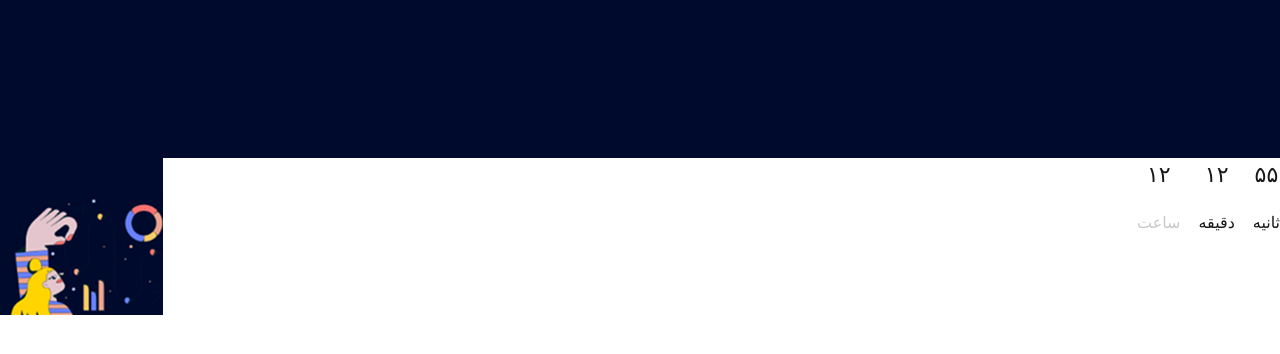
Repository: sinafath/fradars
Page: /
An editor plug-in stored every save of this project. The page is shown before and after the next save, followed by the edit.
The browser window is 1280 px wide. The pictures show the whole page.
The project was rebuilt for these pictures with package versions that can differ from the ones it lists, and the page was loaded fresh each time. The framework's server and built-in components were replaced by stand-ins that run in the browser. Also part of the build but not shown: next.config.ts.

Above is the page before, as saved 2025-09-21 17:54:08.

### src/app/layout.tsx
import type { Metadata } from "next";
import localFont from 'next/font/local'
import "./globals.css";

const myFont = localFont({
  src: '../../public/yekan.ttf',
})


export const metadata: Metadata = {
  title: "Fradars",
  description: "tutoring website",
};

export default function RootLayout({
  children,
}: Readonly<{
  children: React.ReactNode;
}>) {
  return (
    <html lang="fa" dir="rtl" className={myFont.className}>
      <body
      >
        {children}
      </body>
    </html>
  );
}

### src/app/page.tsx
import { Column, Row } from "@/components/core";
import Image from "next/image";

export default function Home() {
  return (
    <div>
      <div className="w-full bg-[#000A2D] h-[158px]"></div>
      <Image
        aria-hidden
        className="absolute left-0"
        src="/1.png"
        alt="File icon"
        width={163}
        height={157}
      />
      <Image
        aria-hidden
        className="absolute top-[28px] right-[28px]"
        src="/2.svg"
        alt="File icon"
        width={15}
        height={15}
      />
      <Row className="top-[30px] right=[83px] gap-[18px]" >
        <Column className="gap-[20px] text-center">
          <span className="text-[22px] text-[rgba(191, 79, 67, 1)]">۵۵</span>
          <span>ثانیه</span>
        </Column >
        <Column className="gap-[20px] text-center">
          <span className="text-[22px] text-[rgba(191, 79, 67, 1)]">۱۲</span>
          <span>دقیقه</span>
        </Column >
        <Column className="gap-[20px] text-center">
          <span className="text-[22px] text-[rgba(191, 79, 67, 1)]">۱۲</span>
          <span className="text-[#C9C9C9]">ساعت</span>
        </Column >

      </Row>
    </div>
  );
}

### src/components/core.tsx
import { cn } from "@/lib/utils";
import { ReactNode } from "react";

type AlignItems = 'start' | 'center' | 'end' | 'baseline' | 'stretch';
type JustifyContent = 'start' | 'center' | 'end' | 'between' | 'around' | 'evenly';

interface FlexProps {
    children?: ReactNode;
    className?: string;
    align?: AlignItems;
    justify?: JustifyContent;
}

const alignClasses: Record<AlignItems, string> = {
    start: 'items-start',
    center: 'items-center',
    end: 'items-end',
    baseline: 'items-baseline',
    stretch: 'items-stretch',
};

const justifyClasses: Record<JustifyContent, string> = {
    start: 'justify-start',
    center: 'justify-center',
    end: 'justify-end',
    between: 'justify-between',
    around: 'justify-around',
    evenly: 'justify-evenly',
};

interface CenterProps {
    children: ReactNode;
    className?: string;
}

function Center({ children, className }: CenterProps) {
    return (
        <div className={cn('flex items-center justify-center', className)}>
            {children}
        </div>
    );
}

function Row({
    children,
    className,
    align = 'center',
    justify = 'start',
    ...props
}: FlexProps) {
    return (
        <div
            className={cn('flex flex-row', alignClasses[align], justifyClasses[justify], className)}
            {...props}
        >
            {children}
        </div>
    );
}

function Column({
    children,
    className,
    align = 'center',
    justify = 'start',
    ...props
}: FlexProps) {
    return (
        <div
            className={cn('flex flex-col', alignClasses[align], justifyClasses[justify], className)}
            {...props}
        >
            {children}
        </div>
    );
}

export { Column, Center, Row };

Loaded but not shown: src/app/globals.css (common file); src/lib/utils.ts (common file)

After the next save:
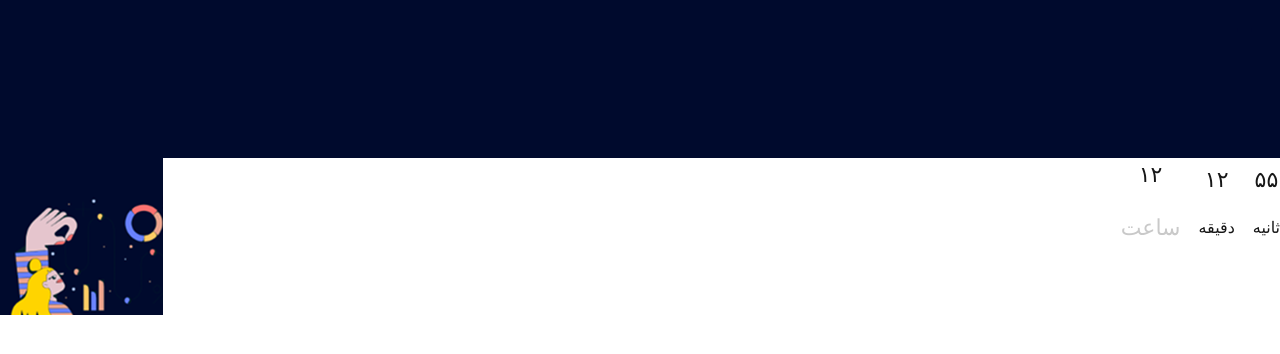
Saved 26 s later.
--- a/src/app/page.tsx
+++ b/src/app/page.tsx
@@ -32,7 +32,7 @@
         </Column >
         <Column className="gap-[20px] text-center">
           <span className="text-[22px] text-[rgba(191, 79, 67, 1)]">۱۲</span>
-          <span className="text-[#C9C9C9]">ساعت</span>
+          <span className="text-[#C9C9C9] text-[22px]">ساعت</span>
         </Column >
 
       </Row>

After the save that followed:
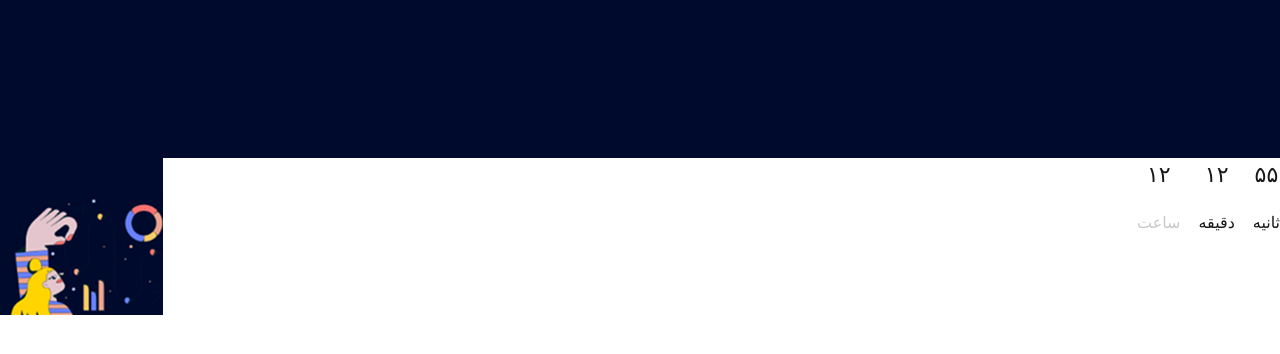
Saved 4 s later.
--- a/src/app/page.tsx
+++ b/src/app/page.tsx
@@ -32,7 +32,7 @@
         </Column >
         <Column className="gap-[20px] text-center">
           <span className="text-[22px] text-[rgba(191, 79, 67, 1)]">۱۲</span>
-          <span className="text-[#C9C9C9] text-[22px]">ساعت</span>
+          <span className="text-[#C9C9C9] text-[16px]">ساعت</span>
         </Column >
 
       </Row>
